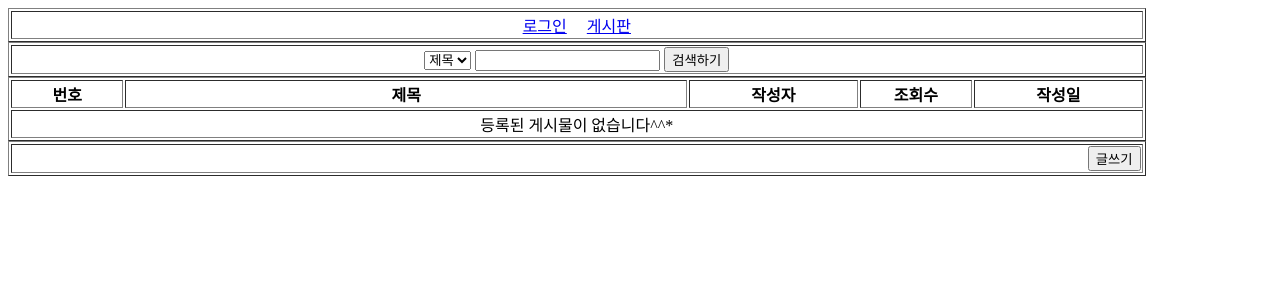
Repository: kimeuiyeob/KOPO_JSP_Study_2
Page: http://localhost/JspStudy/09Board/List.jsp
An editor plug-in stored every save of this project. The page is shown before and after the next save, followed by the edit.
The browser window is 1280 px wide. The pictures show the whole page.
The page is served by Tomcat 9. Other server files are loaded and not shown. Queries for data that is not in the repository find no rows.

Above is the page before, as saved 2023-06-22 10:24:06.

### JspStudy/src/main/webapp/09Board/List.jsp
<%@ page language="java" contentType="text/html; charset=UTF-8" pageEncoding="UTF-8"%>
<%@ page import="model1.*"%>
<%@ page import="java.util.*"%>
<!DOCTYPE html>
<html>
<head>
<meta charset="UTF-8">
<title>Insert title here</title>
</head>
<body>

	<%
	BoardDao boardDao = new BoardDao(application); //DB 열기
	Map<String, Object> map = new HashMap<String, Object>();

	String searchField = request.getParameter("searchField");
	String searchWord = request.getParameter("searchWord");

	if (searchWord != null) {
		map.put("searchField", searchField);
		map.put("searchWord", searchWord);
	}

	int totalCount = boardDao.selectCount(map); //해당 검색된 게시물의 총개수
	List<BoardDto> boardLists = boardDao.selectList(map); //해당 검색된 게시물 전부

	boardDao.JDBConnecterClose(); //DB 닫기
	%>

	<!-- 공통 링크 -->
	<jsp:include page="../07Common/Link.jsp" />

	<!-- 검색폼 -->
	<form method="get">
		<table border="1" width="90%">
			<tr>
				<td align="center"><select name="searchField">
						<option value="title">제목</option>
						<option value="content">내용</option>
				</select> <input type="text" name="searchWord" /> <input type="submit" value="검색하기" /></td>
			</tr>
		</table>
	</form>
	<!-- 게시물 목록 테이블(표) -->
	<table border="1" width="90%">
		<!-- 각 칼럼의 이름 -->
		<tr>
			<th width="10%">번호</th>
			<th width="50%">제목</th>
			<th width="15%">작성자</th>
			<th width="10%">조회수</th>
			<th width="15%">작성일</th>
		</tr>
		<!-- 목록의 내용 -->
		<%
		if (boardLists.isEmpty()) {
			// 게시물이 하나도 없을 때
		%>
		<tr>
			<td colspan="5" align="center">등록된 게시물이 없습니다^^*</td>
		</tr>
		<%
		} else {
		// 게시물이 있을 때
		int virtualNum = 0; // 화면상에서의 게시물 번호
		for (BoardDto dto : boardLists) {
			virtualNum = totalCount--; // 전체 게시물 수에서 시작해 1씩 감소
		%>
		<tr align="center">
			<td><%=virtualNum%></td>
			<!--게시물 번호-->
			<td align="left">
				<!--제목(+ 하이퍼링크)--> <a href="View.jsp?num=<%=dto.getNum()%>"><%=dto.getTitle()%></a>
			</td>
			<td align="center"><%=dto.getId()%></td>
			<!--작성자 아이디-->
			<td align="center"><%=dto.getVisitcount()%></td>
			<!--조회수-->
			<td align="center"><%=dto.getPostdate()%></td>
			<!--작성일-->
		</tr>
		<%
		}
		}
		%>
	</table>
	<!--목록 하단의 [글쓰기] 버튼-->
	<table border="1" width="90%">
		<tr align="right">
			<td><button type="button" onclick="location.href='Write.jsp';">글쓰기</button></td>
		</tr>
	</table>

</body>
</html>

### JspStudy/src/main/webapp/07Common/Link.jsp
<%@ page language="java" contentType="text/html; charset=UTF-8" pageEncoding="UTF-8"%>

<%@ taglib prefix="c" uri="http://java.sun.com/jsp/jstl/core"%>

<!DOCTYPE html>
<html>
<head>
<meta charset="UTF-8">
<title>Insert title here</title>
</head>
<body>

	<%
	String userID = (String) session.getAttribute("UserId");
	pageContext.setAttribute("userID", userID);
	%>

	<table border="1" width="90%">
		<tr>
			<td align="center">

				<c:choose>
					<c:when test="${userID eq null}">
						<a href="../06Session/LoginForm.jsp">로그인</a>
					</c:when>
					<c:otherwise>
						<a href="../06Session/Logout.jsp">로그아웃</a>
					</c:otherwise>
				</c:choose>
				&nbsp;&nbsp;&nbsp;
				  <a href="../09Board/List.jsp">게시판</a>
			</td>
		</tr>
	</table>

</body>
</html>

### JspStudy/src/main/java/common/JDBConnecter.java
package common;

import java.sql.Connection;
import java.sql.DriverManager;
import java.sql.PreparedStatement;
import java.sql.ResultSet;
import java.sql.SQLException;
import java.sql.Statement;

import javax.servlet.ServletContext;

public class JDBConnecter {

	public Connection con; // DB연결
	public Statement stmt; // 파라미터 X 쿼리문
	public PreparedStatement psmt; // 파라미터 O 쿼리문
	public ResultSet rs; // 쿼리문 결과 저장

	public JDBConnecter() {

		String driver = "oracle.jdbc.OracleDriver";
		String url = "jdbc:oracle:thin:@localhost:1521:xe";
		String userid = "kopo07";
		String passwd = "1234";

		try {
			Class.forName(driver);
			con = DriverManager.getConnection(url, userid, passwd);
			System.out.println("연결 성공!!");
		} catch (ClassNotFoundException e) {
			e.getStackTrace();
		} catch (SQLException e) {
			e.getStackTrace();
		} finally {
			try {
				if (rs != null)
					rs.close();
				if (stmt != null)
					stmt.close();
				if (psmt != null)
					psmt.close();
				if (con != null)
					con.close();
			} catch (SQLException e) {
				e.getStackTrace();
			}
		}
	}

	// ====================================================================

	public JDBConnecter(String driver, String url, String id, String pw) {
		try {
			Class.forName(driver);
			con = DriverManager.getConnection(url, id, pw);
			System.out.println("DB 연결 성공!!");
		} catch (Exception e) {
			e.printStackTrace();
		}
	}

	// ====================================================================

	public JDBConnecter(ServletContext application) {

		String driver = application.getInitParameter("OracleDriver");
		String url = application.getInitParameter("OracleURL");
		String id = application.getInitParameter("OracleId");
		String pw = application.getInitParameter("OraclePw");

		try {
			Class.forName(driver);
			con = DriverManager.getConnection(url, id, pw);
			System.out.println("DB 연결 성공!!");
		} catch (Exception e) {
			e.printStackTrace();
		}
	}

	// ====================================================================

	public void JDBConnecterClose() {
		try {
			if (rs != null)
				rs.close();
			if (stmt != null)
				stmt.close();
			if (psmt != null)
				psmt.close();
			if (con != null)
				con.close();
			System.out.println("DB 닫기 성공!!");
		} catch (Exception e) {
			e.printStackTrace();
		}
	}

}

### JspStudy/src/main/java/model1/BoardDao.java
package model1;

import java.util.List;
import java.util.Map;
import java.util.Vector;

import javax.servlet.ServletContext;

import common.JDBConnecter;

public class BoardDao extends JDBConnecter {

	public BoardDao(ServletContext appliction) {
		super(appliction);
	}

	// 검색후 조건에 맞는 게시물의 개수를 반환
	public int selectCount(Map<String, Object> map) {
		String query = "select count (*) from board";
		int totalCount = 0;

		if (map.get("searchWord") != null) {
			query += " where " + map.get("searchField") + " like '%" + map.get("searchWord") + "%'";
		}
		try {
			stmt = con.createStatement();
			rs = stmt.executeQuery(query);
			rs.next();
			totalCount = rs.getInt(1);

		} catch (Exception e) {
			e.printStackTrace();
			System.out.println("게시굴 구하다가 에러발생!!");
		}
		return totalCount;
	}

//	=================================================================================================================

	public List<BoardDto> selectList(Map<String, Object> map) {

		List<BoardDto> boardDtoList = new Vector<>();
		String query = "select * from board";

		if (map.get("searchWord") != null) {
			query += " where " + map.get("searchField") + " like '%" + map.get("searchWord") + "%'";
		}

		query += " order by num desc";

		try {
			stmt = con.createStatement();
			rs = stmt.executeQuery(query);
			while (rs.next()) {
				BoardDto boardDto = new BoardDto();
				boardDto.setNum(rs.getString(1));
				boardDto.setTitle(rs.getString(2));
				boardDto.setContent(rs.getString(3));
				boardDto.setId(rs.getString(4));
				boardDto.setPostdate(rs.getDate("postdate"));
				boardDto.setVisitcount(rs.getString(6));
				boardDtoList.add(boardDto);
			}

		} catch (Exception e) {
			e.printStackTrace();
			System.out.println("게시물 조회 에러");
		}

		return boardDtoList;
	}

}

After the next save:
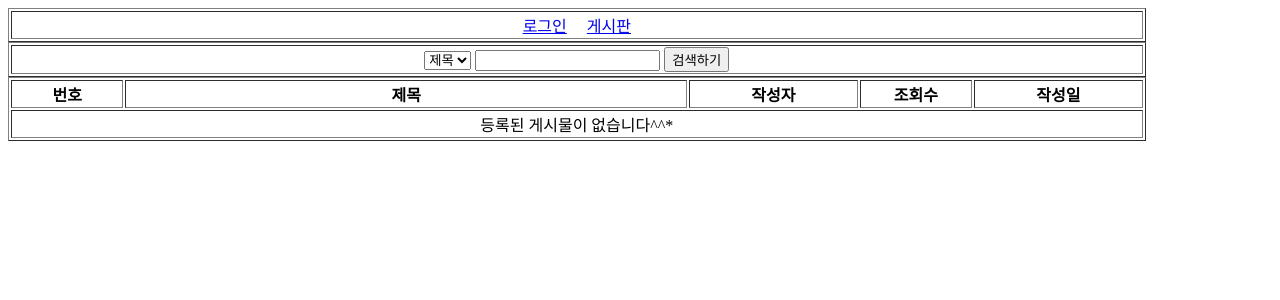
Saved 2 min 7 s later.
--- a/JspStudy/src/main/webapp/09Board/List.jsp
+++ b/JspStudy/src/main/webapp/09Board/List.jsp
@@ -85,11 +85,24 @@
 		%>
 	</table>
 	<!--목록 하단의 [글쓰기] 버튼-->
+
+	<%
+	if(session.getAttribute("UserId") == null) {
+
+	}else {
+	%>
+
 	<table border="1" width="90%">
 		<tr align="right">
 			<td><button type="button" onclick="location.href='Write.jsp';">글쓰기</button></td>
 		</tr>
 	</table>
 
+	<%
+	}
+	%>
+
+
+
 </body>
 </html>
